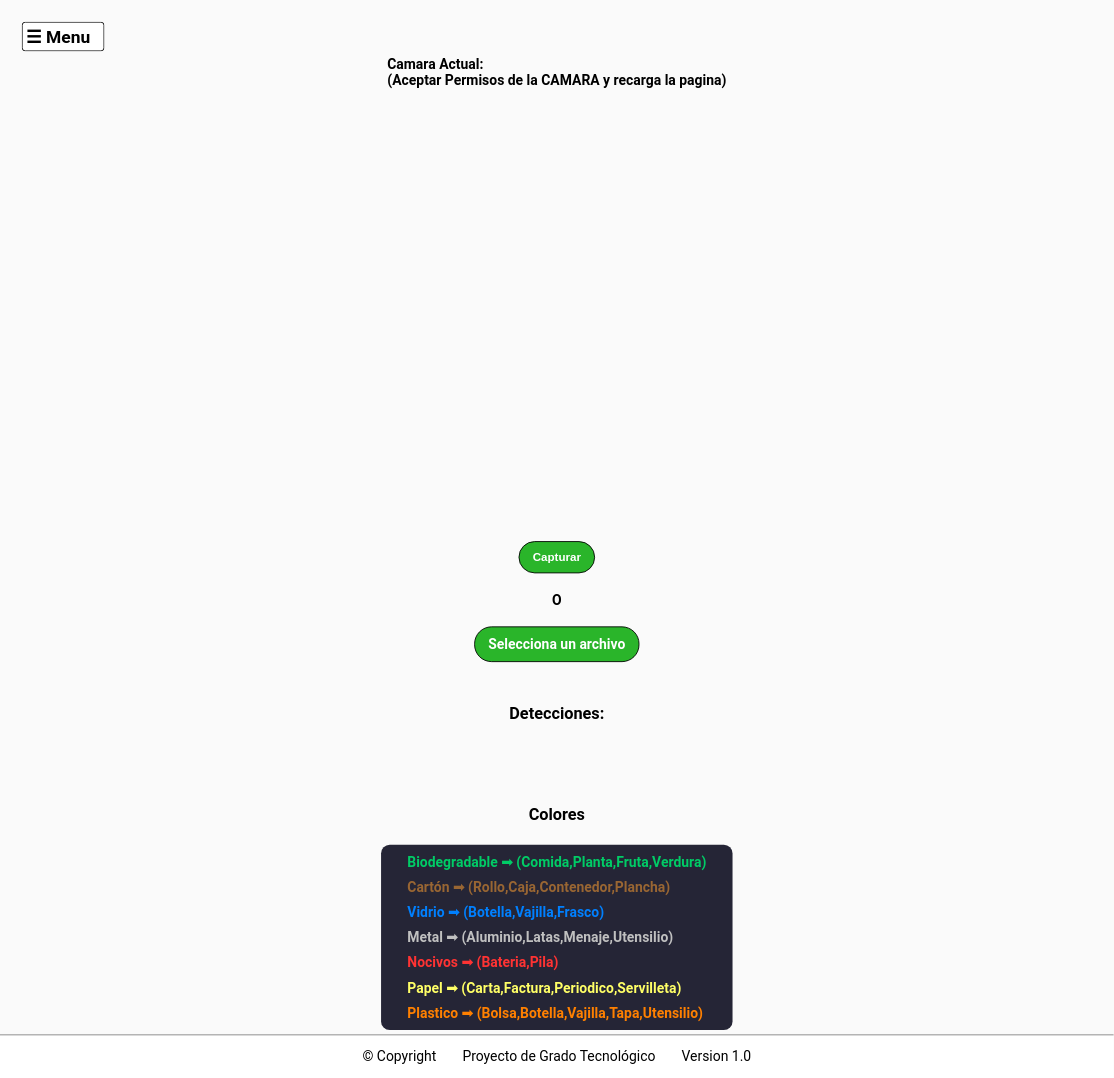
Repository: castecabas/Recicladora
Page: http://localhost/model
An editor plug-in stored every save of this project. The page is shown before and after the next save, followed by the edit.
The browser window is 1280 px wide. The pictures show the whole page, at 87% of full size.
Pictures or frames that could not be fetched are drawn as grey boxes. The page is served by the project's application, run on Flask 3 (src/index.py).

Above is the page before, as saved 2024-12-22 21:12:57.

After the next save:
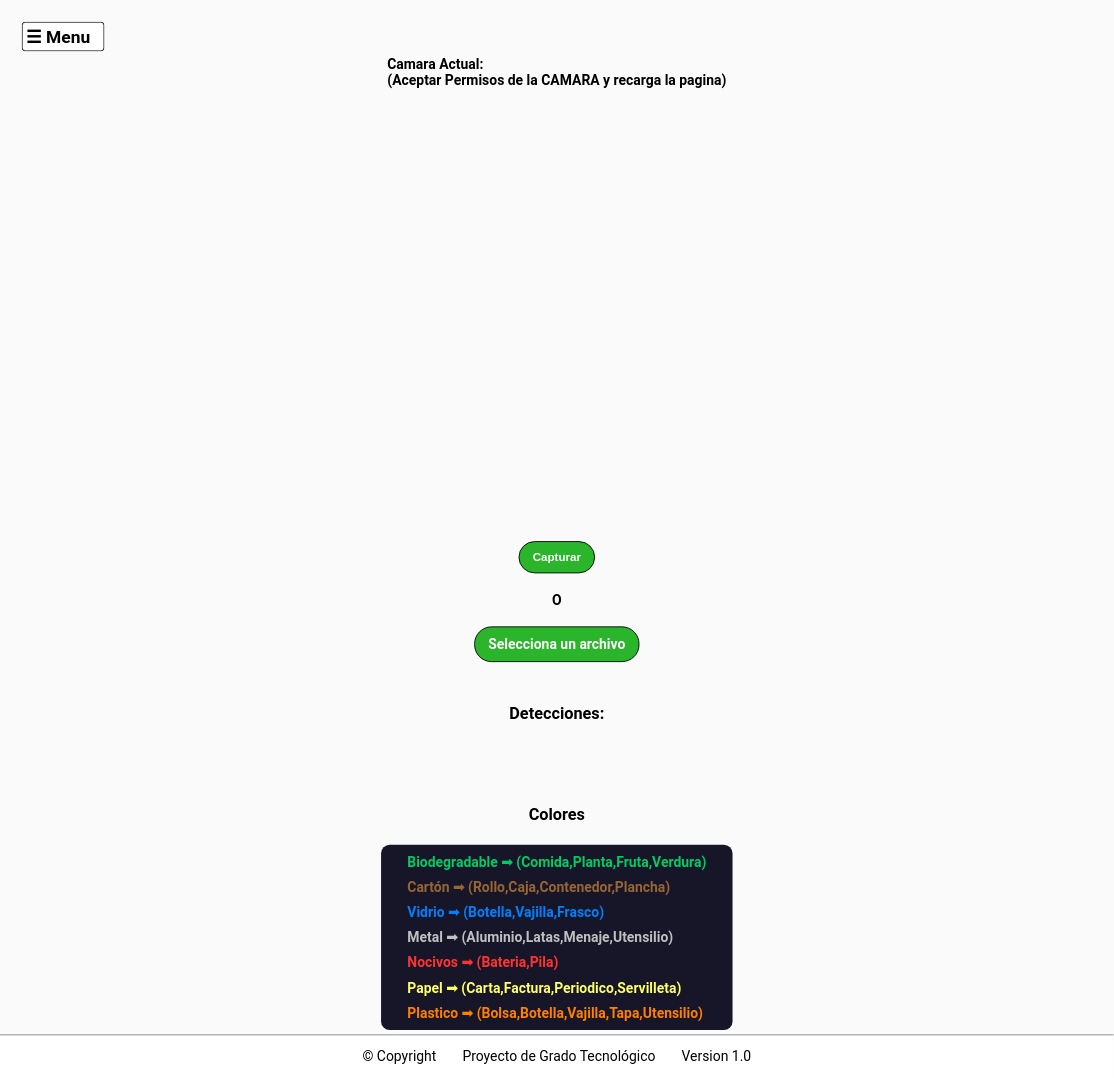
Saved 20 s later.
--- a/src/static/css/model.css
+++ b/src/static/css/model.css
@@ -332,7 +332,7 @@ div.colors {
         margin: 0;
         padding: 5px 25px 5px 25px;
         border-radius: 10px;
-        background: rgba(0, 0, 20, 0.851);
+        background: rgba(0, 0, 20, 0.911);
         max-width: max-content;
         position: relative;
         justify-content: center;
